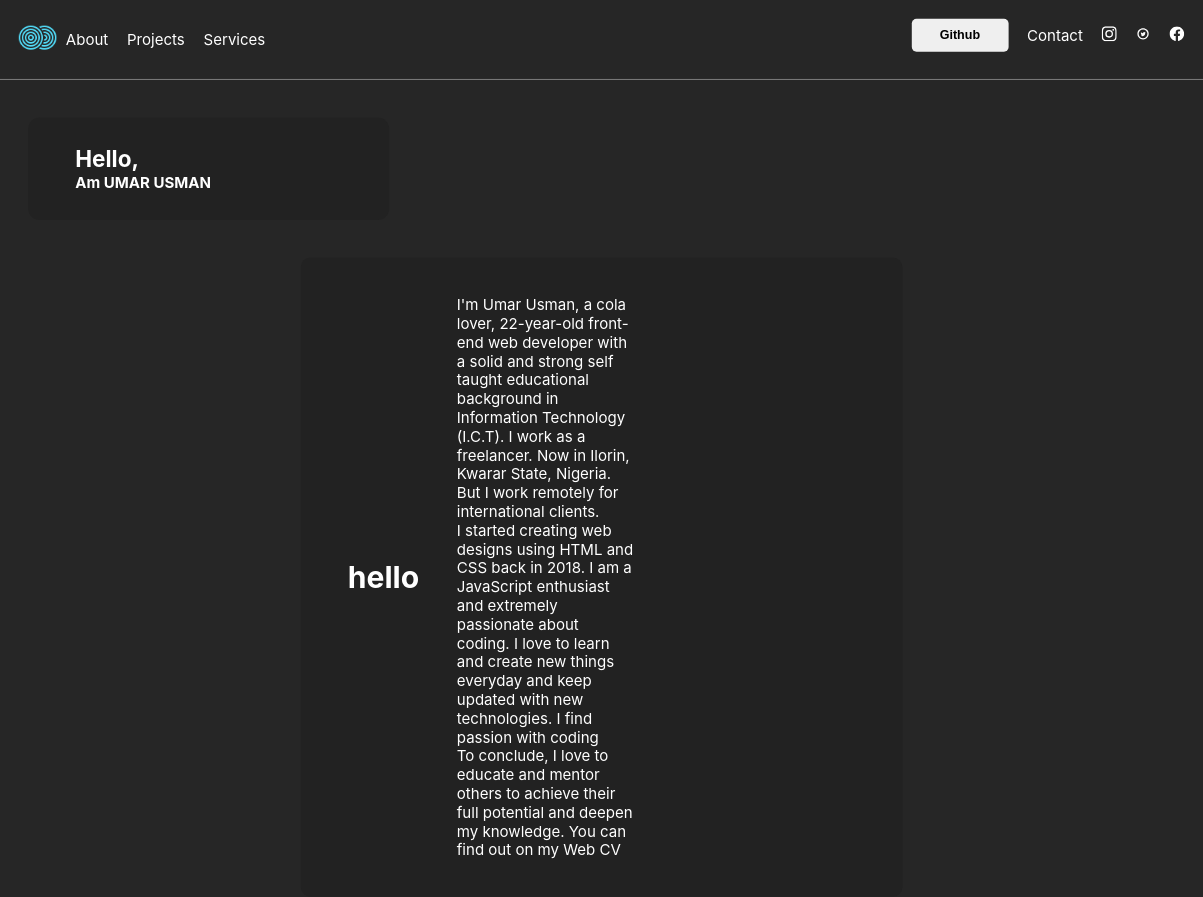
Repository: uh-sman/Portfolio
Page: /
These files come from the project's save history. The page is drawn as it stood at one moment and after the next save; the edit follows.
The browser window is 1280 px wide. The pictures show the whole page, at 94% of full size.
The project was rebuilt for these pictures with package versions that can differ from the ones it lists, and the page was loaded fresh each time. Also part of the build but not shown: src/components/repositories.css, src/components/repositories.js, src/components/RepositoriesCard.jsx, src/components/projects.css, src/components/Projects.jsx, src/components/Services.jsx.

Above is the page before, as saved 2022-11-19 00:29:28.

### src/index.js
import React from "react";
import ReactDOM from "react-dom/client";
import { BrowserRouter } from "react-router-dom";
import "./index.css";
import App from "./App";

const root = ReactDOM.createRoot(document.getElementById("root"));
root.render(
  <BrowserRouter>
    <React.StrictMode>
      <App />
    </React.StrictMode>
  </BrowserRouter>
);

### src/App.js
import "./App.css";
import { Index } from "./components/index";
import { Route, Routes } from "react-router-dom";
import About from "./components/About";
import "animate.css";
import Projects from "./components/Projects";
import Services from "./components/Services";
// import Services from "./components/Services";
function App() {
  return (
    <div className="App">
      <Index />
      <Routes>
        <Route path="/" element={<About />} />
        <Route path="/projects" element={<Projects />} />
        <Route path="/services" element={<Services />} />
      </Routes>
    </div>
  );
}

export default App;

### src/App.css
* {
  margin: 0px;
  padding: 0px;
  box-sizing: border-box;
  text-decoration: none;
  list-style: none;
}
body {
  /* background: rgb(2, 0, 36);
  background: linear-gradient(
    90deg,
    rgba(2, 0, 36, 1) 0%,
    rgba(4, 14, 33, 1) 90%,
    rgba(5, 52, 61, 1) 100%
  ); */
  background: #262626;
}

### src/components/index.js
import React from "react";
import { Navbar } from "./Navbar";
import { Route, Routes } from "react-router-dom";
export const Index = () => {
  return (
    <div>
      <Navbar />
    </div>
  );
};

### src/components/About.jsx
import React from "react";
import monitor from "../assets/monitor.png";
import "./about.css";
import RepositoriesCard from "./RepositoriesCard";
const About = () => {
  return (
    <div>
      <div className="about">
        <div className="introduction">
          <h2>Hello,</h2>
          <h4>Am UMAR USMAN</h4>
        </div>
        <div className="about-side">
          <div className="about-myself">
            <div className="image-section">
              <h1>hello</h1>
            </div>
            <div>
              <p className="text">
                I'm Umar Usman, a cola lover, 22-year-old front-end web
                developer with a solid and strong self taught educational
                background in Information Technology (I.C.T). I work as a
                freelancer. Now in Ilorin, Kwarar State, Nigeria. But I work
                remotely for international clients.
              </p>
              <p className="text">
                I started creating web designs using HTML and CSS back in 2018.
                I am a JavaScript enthusiast and extremely passionate about
                coding. I love to learn and create new things everyday and keep
                updated with new technologies. I find passion with coding
              </p>
              <p className="text">
                To conclude, I love to educate and mentor others to achieve
                their full potential and deepen my knowledge. You can find out
                on my <a>Web CV</a>
              </p>
            </div>
          </div>
        </div>
      </div>
    </div>
  );
};

export default About;

### src/components/Navbar.jsx
import React, { useState } from "react";
import { Link } from "react-router-dom";
import logo from "../assets/ico.png";
import "./navbar.css";
import { Profile } from "./Profile";
export const Navbar = () => {
  const [active, isActive] = useState(false);
  // Get the container element
  // const activeLink = document.querySelector("nav-list");
  // const style = {
  //   backgroundColor: "red",
  //   width: "100%",
  //   height: "100%",
  // };
  // Get all buttons with class="btn" inside the container
  // const btnActive = activeLink.getElementsByClassName("btn");
  // Loop through the buttons and add the active class to the current/clicked button
  // for (var i = 0; i < btnActive.length; i++) {
  //   btnActive[i].addEventListener("click", function () {
  //     var currentMode = document.getElementsByClassName("active");
  //     currentMode[0].className = currentMode[0].className.replace("active", "");
  //     this.className += "active";
  //   });
  // }
  // activeLink.addEventListener()
  return (
    <div>
      <nav className="navbar-container">
        <div className="navbar">
          <div className="navbar-nav">
            <div>
              <a>
                <img src={logo} className="logo" />
              </a>
            </div>
            <ul className="nav-list">
              <Link to="/">
                <a href="">About</a>
              </Link>
              <Link to="/projects">
                <a href="">Projects</a>
              </Link>
              <Link to="/services" className="btn">
                <a href="">Services</a>
              </Link>
            </ul>
          </div>
          <div>
            <Profile />
          </div>
        </div>
      </nav>
    </div>
  );
};

### src/components/about.css
.about {
  color: white;
}
.introduction {
  margin: 40px 30px;
  color: white;
  border-radius: 12px;
  display: flex;
  flex-direction: column;
  width: 30%;
  background: #222222;
  padding: 30px 50px;
}
.about-side {
  display: flex;
  justify-content: center;
  margin: auto;
  height: 30%;
  width: 50%;
}
.about-myself {
  border-radius: 10px;
  background-color: #222222;
  padding: 40px 0px;
  display: flex;
  margin: auto;
  align-items: center;
  justify-content: center;
  /* flex-direction: column; */
  gap: 40px;
}
.image-section {
  margin-left: 50px;
}
.text {
  width: 40%;
}
.computer-image {
  width: 20px;
  height: 20px;
}

### src/components/navbar.css
.nav-list {
  display: flex;
  align-items: center;
  gap: 20px;
}
.nav-list a {
  color: white;
}
.navbar {
  margin: 20px 20px;
  display: flex;
  justify-content: space-between;
}
.navbar-nav {
  display: flex;
  gap: 10px;
}
.logo {
  width: 40px;
  height: 40px;
  color: white;
}
.navbar-container {
  border-bottom: 0.5px solid gray;
}
/* .btn {
  border: transparent;
  outline: none;
  background: rgba(2, 0, 36, 1) 0%;
} */
/* .active, */
/* .btnSelect:hover {
  border: none;
  border-bottom: 1px solid lightblue;
  cursor: pointer;
} */

@media only screen and (min-width: 200px) and (max-width: 950px) {
  .nav-list {
    display: none;
  }
}

### src/components/Profile.js
import React, { useState } from "react";
import { SiFacebook } from "react-icons/si";
import { FaWhatsapp, FaFacebook, FaRegWindowClose } from "react-icons/fa";
import { TiSocialTwitterCircular } from "react-icons/ti";
import { Link } from "react-router-dom";
import { BsInstagram } from "react-icons/bs";
import burger from "../assets/burger-menu.png";
import close from "../assets/icons8.png";

import "animate.css";
import "./profile.css";
export const Profile = () => {
  const [isActive, setIsActive] = useState(false);

  return (
    <div>
      <div>
        <section className="profile-section ">
          <button className="button">
            <a>Github</a>
          </button>
          <a>Contact</a>
          <a>
            <BsInstagram />
          </a>
          <a>
            <TiSocialTwitterCircular />
          </a>
          <a>
            <FaFacebook />
          </a>
        </section>
        {isActive ? (
          <div className="sidebar-container">
            <div>
              <FaRegWindowClose
                className="close"
                onClick={() => setIsActive(!isActive)}
              />
              {/* <img src={close} /> */}
            </div>
            <section className="sidebar-section ">
              <ul className="links">
                <Link to="/">
                  <a href="">About</a>
                </Link>
                <Link to="/projects">
                  <a href="">Projects</a>
                </Link>
                <Link to="/services">
                  <a href="">Services</a>
                </Link>
                <button className="button">
                  <a className="link">Github</a>
                </button>
                <a>Contact</a>
              </ul>
              <ul className="link-icons">
                <a>
                  <BsInstagram className="instagram" />
                </a>
                <a>
                  <TiSocialTwitterCircular className="twitter" />
                </a>
                <a>
                  <FaFacebook className="facebook" />
                </a>
              </ul>
            </section>
          </div>
        ) : (
          <div>
            <img
              src={burger}
              className="burger-menu"
              onClick={() => setIsActive(!isActive)}
            />
          </div>
        )}
      </div>
    </div>
  );
};

### src/components/profile.css
.profile-section {
  display: flex;
  gap: 20px;
  align-items: center;
  color: white;
}
.links {
  display: flex;
  flex-direction: column;
  /* display: flex; */
  align-items: center;
  gap: 20px;
}
.links a {
  color: white;
}
.sidebar-container {
  display: inline-block;
  /* margin: 0 0.5rem; */
  animation: slideInRight 2s;
  /* animation-duration: 2s; */

  height: 100%;
  width: 40%;
  top: 0px;
  right: 0px;
  background-color: #222222;
  position: absolute;
}
.burger-menu {
  width: 30px;
  height: 30px;
}
.close {
  color: white;
  width: 30px;
  height: 30px;
}
.button {
  padding: 10px 30px;
  box-shadow: gray;
  border: none;
  font-weight: 700;
  border-radius: 5px;
}
.button a {
  color: black;
}
.link-icons {
  margin-top: 20px;
  display: flex;
  align-items: center;
  gap: 10px;
}
.instagram {
  font-size: 20px;
}
.facebook {
  font-size: 20px;
}
.twitter {
  font-size: 30px;
}

@media only screen and (min-width: 200px) and (max-width: 950px) {
  .profile-section {
    display: none;
  }
}
@media only screen and (min-width: 950px) {
  .burger-menu {
    display: none;
  }
}
.sidebar-section {
  margin-top: 40%;
  justify-content: center;
  display: flex;
  flex-direction: column;
  align-items: center;
  color: white;
}
/* animate__slideInRight */

Loaded but not shown: public/index.html (common file); src/index.css (common file)

After the next save:
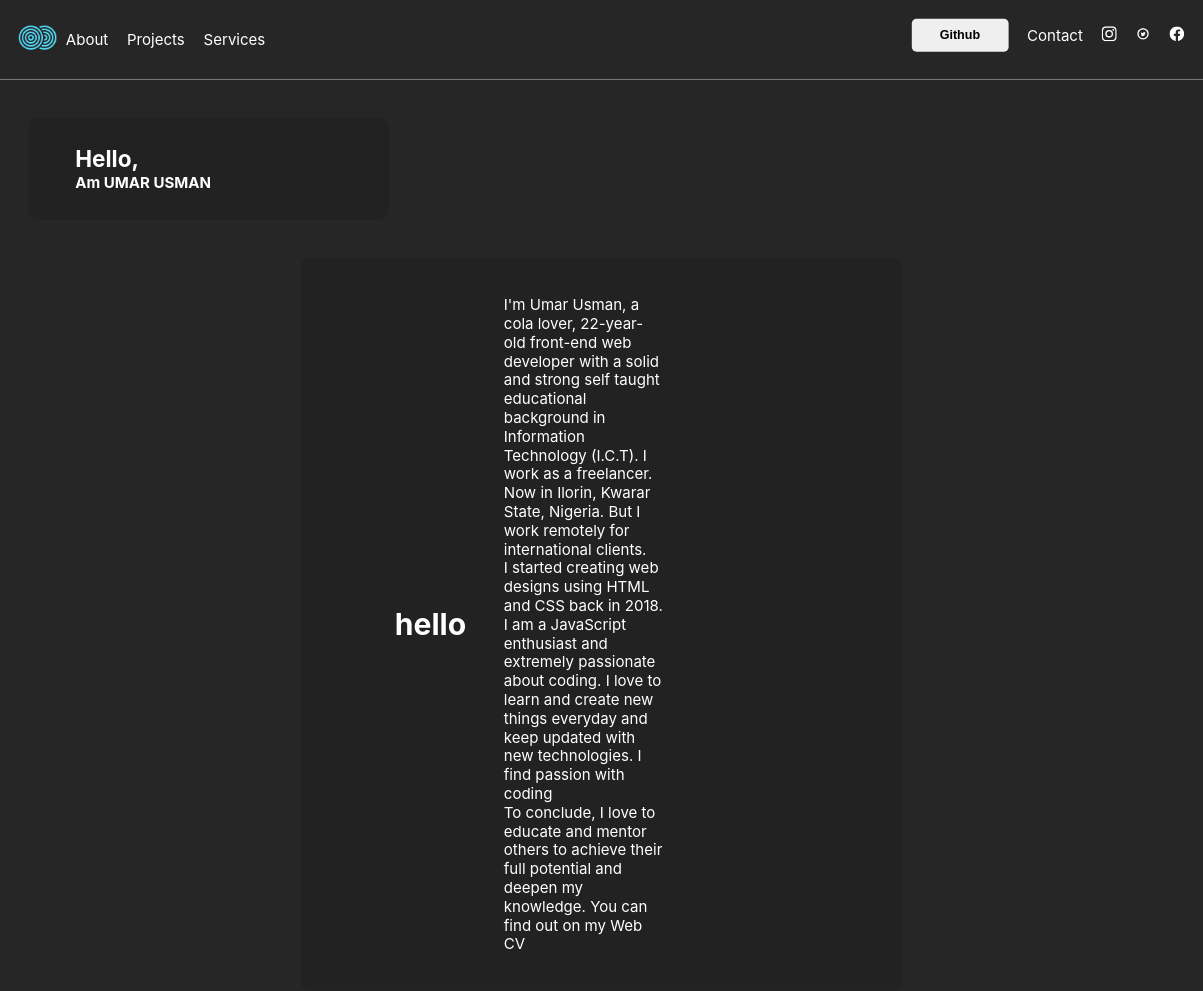
Saved 12 s later.
--- a/src/components/about.css
+++ b/src/components/about.css
@@ -30,7 +30,7 @@
   gap: 40px;
 }
 .image-section {
-  margin-left: 50px;
+  margin-left: 100px;
 }
 .text {
   width: 40%;
